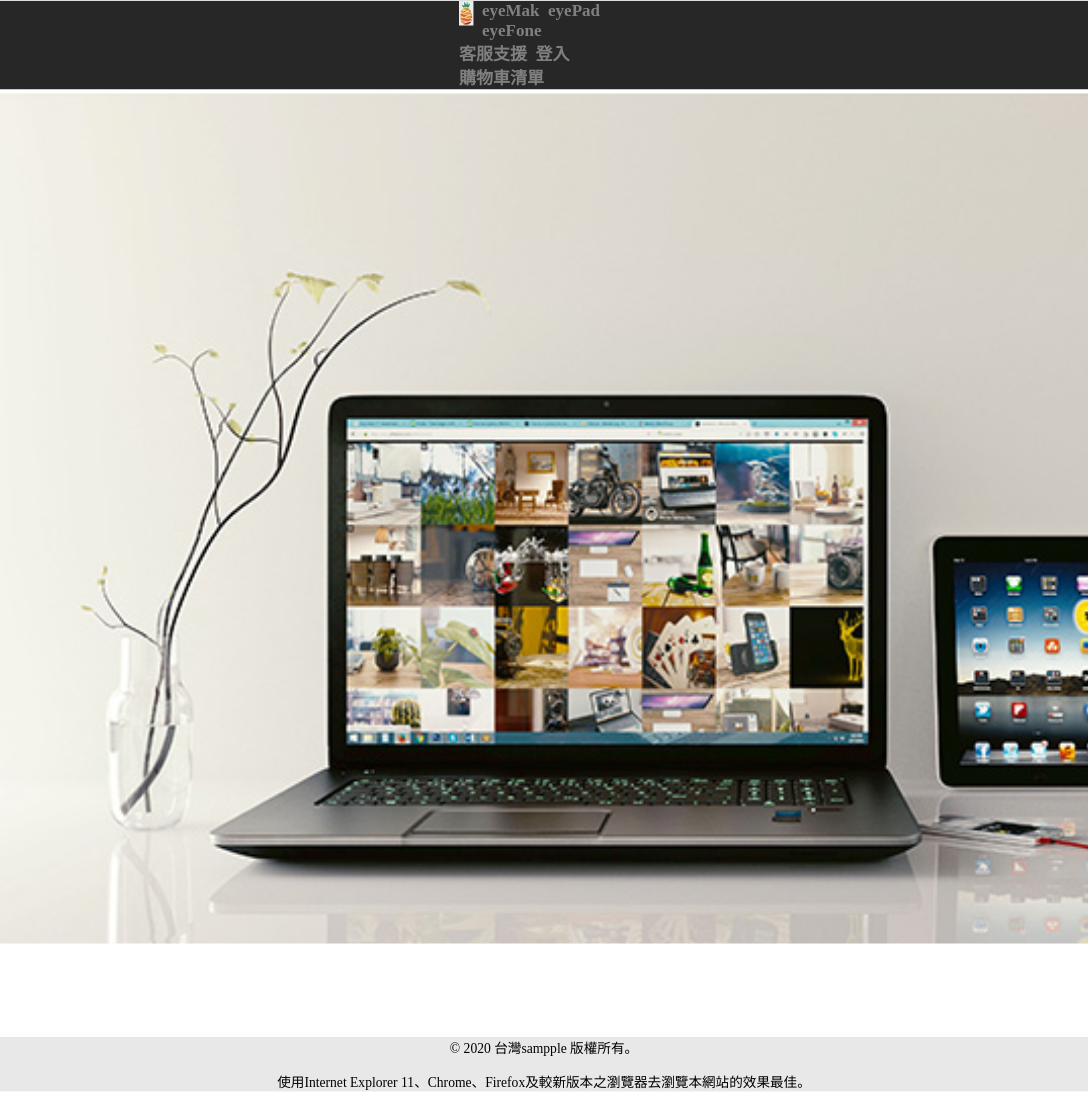
Repository: Vincent4142/NewFinalProject
Page: http://localhost/FinalProject/
These files come from the project's save history. The page is drawn as it stood at one moment and after the next save; the edit follows.
The browser window is 1280 px wide. The pictures show the whole page, at 85% of full size.
The page is served by Tomcat 9.

Above is the page before, as saved 2020-04-09 06:36:21.

After the next save:
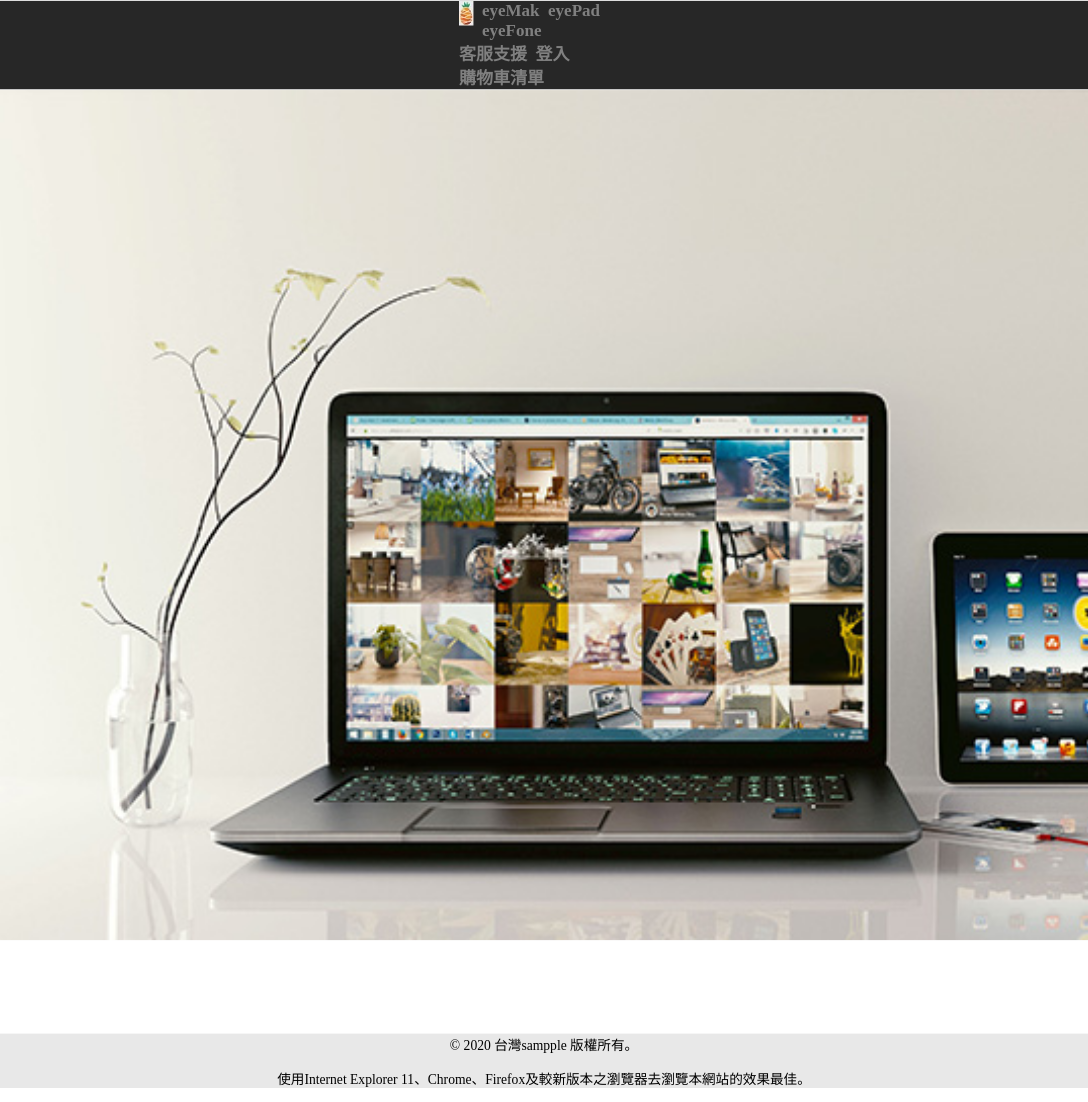
Saved 6 s later.
--- a/FinalProject/WebContent/index.jsp
+++ b/FinalProject/WebContent/index.jsp
@@ -17,7 +17,7 @@
 	background-repeat: no-repeat;
 	background-size: cover;
 	height: 1000px;
-	margin-top: -15px;
+	margin-top: -19px;
 }
 </style>
 </head>
